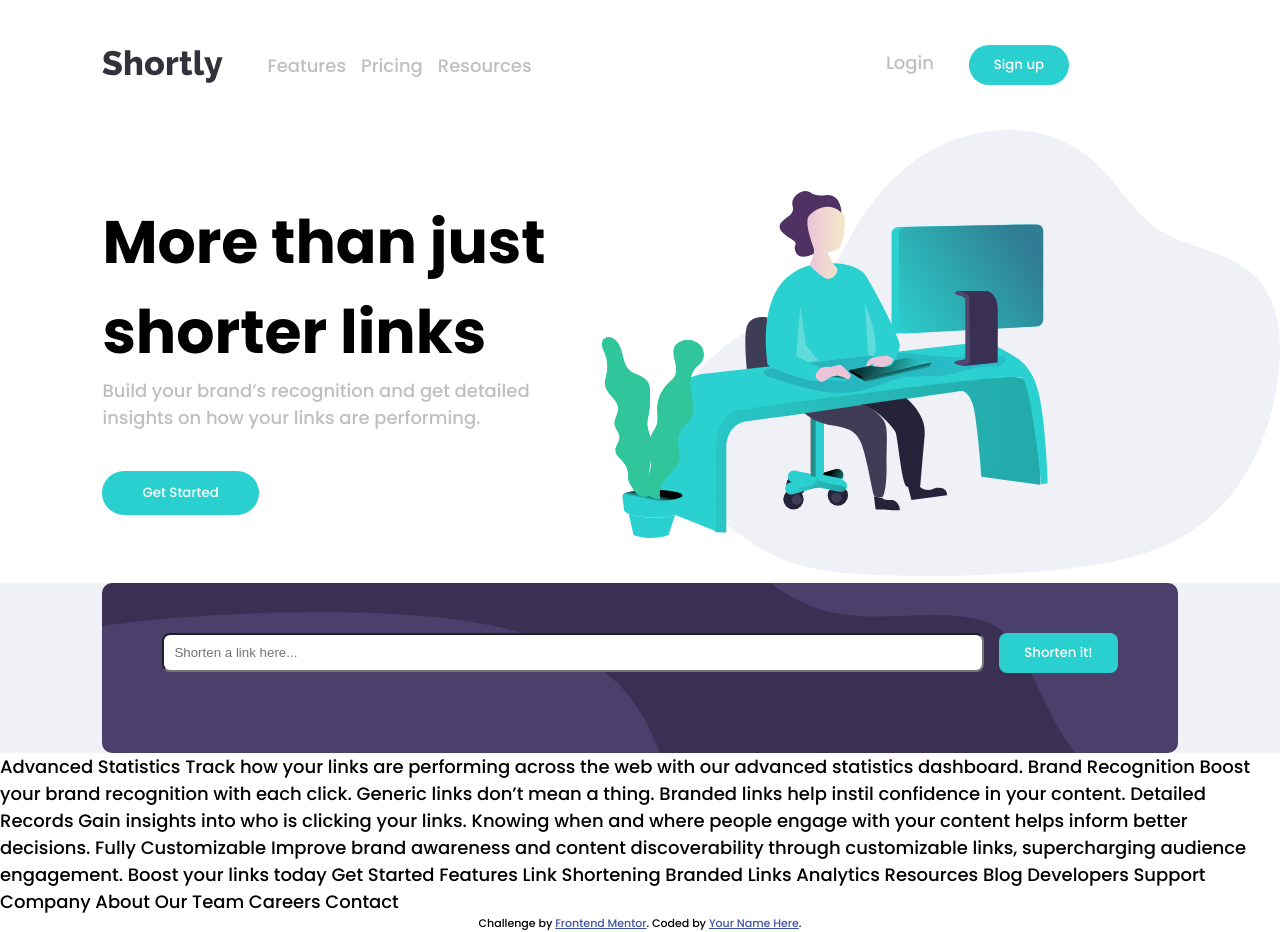
Repository: mamulini/URL-shortener
Page: index.html
An editor plug-in stored every save of this project. The page is shown before and after the next save, followed by the edit.
The browser window is 1280 px wide. The pictures show the whole page.
The style sheet was rebuilt from its Sass, Less or Tailwind sources for each picture, by a compiler version that may differ from the author's.

Above is the page before, as saved 2020-04-11 21:53:49.

### index.html
<!DOCTYPE html>
<html lang="en">
<head>
  <meta charset="UTF-8">
  <meta name="viewport" content="width=device-width, initial-scale=1.0"> <!-- displays site properly based on user's device -->

  <link rel="icon" type="image/png" sizes="32x32" href="./images/favicon-32x32.png">
  <link rel="stylesheet" href="./sass/main.css">

  <title>Frontend Mentor | Shortly URL shortening API Challenge</title>

  <!-- Feel free to remove these styles or customise in your own stylesheet 👍 -->

</head>
<body>
  <header class="header container">
    <a href="/" class="header__logo"><img src="./images/logo.svg" alt="logo">
    </a>
    <nav class="nav">
      <ul class="nav__menu">
        <li class="nav__item"><a class="nav__link" href="#">Features</a></li>
        <li class="nav__item"><a class="nav__link" href="#">Pricing</a></li>
        <li class="nav__item"><a class="nav__link" href="#">Resources</a></li>
      </ul>
    </nav>
    <div class="user">
      <a class="user__login" href="#" >Login</a>
      <button class="user__sign-up btn--blue" type="button">Sign up</button>
    </div>

  </header>
  <main class="main">
    <div class="intro">
      <div class="intro__description">
        <h1 class="intro__title">More than just shorter links</h1>
        <p class="intro__subtitle">Build your brand’s recognition and get detailed <br> insights
          on how your links are performing.</p>
        <button class="intro__btn btn--blue">Get Started</button>

      </div>
      <div class="intro__img">
        <img src="./images/illustration-working.svg" alt="image">
      </div>
    </div>
    <div class="shorten ">
      <div class="shorten__handler container">
        <form class="shorten__form">
          <input class="shorten__input" type="text" placeholder="Shorten a link here...">
          <button class="shorten__btn btn--blue" type="button">Shorten it!</button>
        </form>
      </div>
    </div>
  </main>












  Advanced Statistics

  Track how your links are performing across the web with our
  advanced statistics dashboard.

  Brand Recognition

  Boost your brand recognition with each click. Generic links don’t
  mean a thing. Branded links help instil confidence in your content.

  Detailed Records

  Gain insights into who is clicking your links. Knowing when and where
  people engage with your content helps inform better decisions.

  Fully Customizable

  Improve brand awareness and content discoverability through customizable
  links, supercharging audience engagement.

  Boost your links today

  Get Started

  Features

  Link Shortening
  Branded Links
  Analytics

  Resources

  Blog
  Developers
  Support

  Company

  About
  Our Team
  Careers
  Contact

  <div class="attribution">
    Challenge by <a href="https://www.frontendmentor.io?ref=challenge" target="_blank">Frontend Mentor</a>.
    Coded by <a href="#">Your Name Here</a>.
  </div>
</body>
</html>

### sass/main.scss
@import url('https://fonts.googleapis.com/css2?family=Poppins:wght@500;700&display=swap');

// colors
$text_gray: hsl(0, 0%, 75%);
$cyan_btn:  hsl(180, 66%, 49%);
$dark_violet : hsl(257, 27%, 26%);

* {
    padding: 0;
    margin: 0;
    box-sizing: border-box;
}

body{
    font-size: 18px;
    font-family: 'poppins', sans-serif;
    font-weight: 500;

}

img {
    max-width: 100%;
}

.container {
    max-width: 84%;
    margin: 0 auto;
}

.header {
    margin-top: 40px;
    margin-bottom: 40px;
    display: flex;
    justify-content: flex-start;
    align-items: center;
    &__logo{
        flex: 0 0 25%;
        max-width: 150px;
        margin-top: 10px;
    }
}

.nav{
    flex: 0 0 25%;
    &__menu{
        display: flex;
        justify-content: space-between;
        list-style: none;

    }

    &__item{
        margin-left: 15px;
    }

    &__link{
        text-decoration: none;
        color: $text_gray;
        &:hover{
            color: #000000;
        }
    }
}

.user{
    flex: 0 0 50%;
    text-align: right;

    &__login{
        color: $text_gray;
        margin-right: 30px;
        text-decoration: none;
        &:hover{
            color: #000000;
        }
    }
}

.btn--blue{
    padding: 10px 25px;
    border: none;
    cursor: pointer;
    display: inline-block;
    border-radius: 50px;
    background: $cyan_btn;
    outline: none;
    color: #ffffff;
    font-family: 'poppins', sans-serif;
    font-weight: 500;

    &:hover{
        opacity: .5;
    }

    &:active{
        transform: scale(0.90);
    }
}

.intro{
    display: flex;
    justify-content: space-between;

    &__description{
        display: flex;
        flex-direction: column;
        justify-content: center;
        align-items: flex-start;
        max-width: 500px;
        margin-left: 8%;
    }

    &__title {
        font-size: 60px;
    }

    &__subtitle {
        text-align-last: left;
        color: $text_gray;
    }

    &__btn{
        margin-top: 40px;
        padding: 12px 40px;
    }
}

.shorten{
    background: #eff1f7;;

    &__handler{
        background-image: url('../images/bg-shorten-desktop.svg');
        background-position: center;
        background-size: cover;
        height: 170px;
        background-color: $dark_violet;
        border-radius: 10px;
    }

    &__form{
        display: flex;
        justify-content: space-between;
        align-items: center;
        padding: 50px 60px;
    }

    &__input{
        flex: 1;
        padding: 10px;
        border-radius: 8px;
        margin-right: 15px;
    }

    &__btn{
        border-radius: 8px;
    }
}

.attribution { font-size: 11px; text-align: center; }
.attribution a { color: hsl(228, 45%, 44%); }

After the next save:
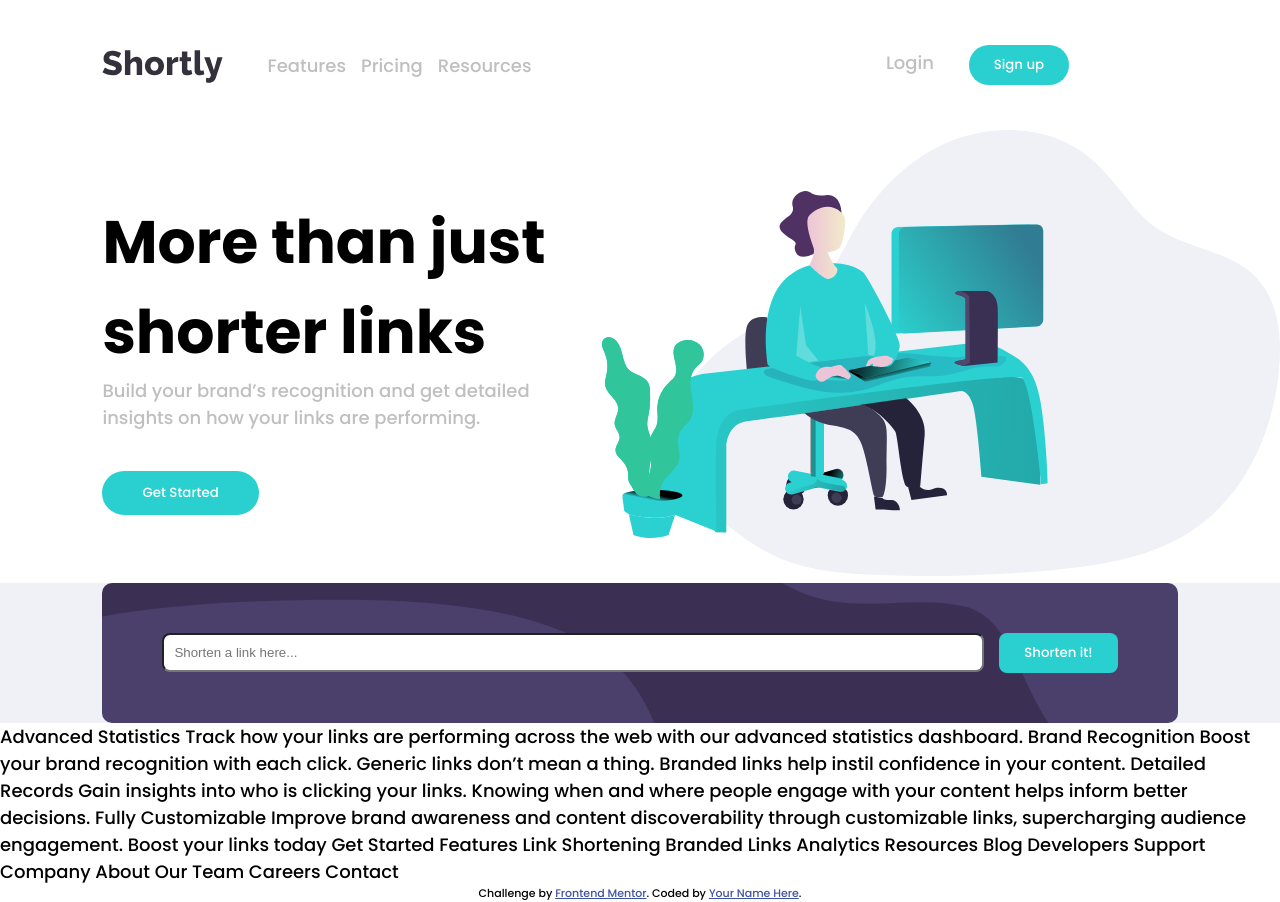
Saved 20 s later.
--- a/sass/main.scss
+++ b/sass/main.scss
@@ -132,7 +132,6 @@ img {
         background-image: url('../images/bg-shorten-desktop.svg');
         background-position: center;
         background-size: cover;
-        height: 170px;
         background-color: $dark_violet;
         border-radius: 10px;
     }
